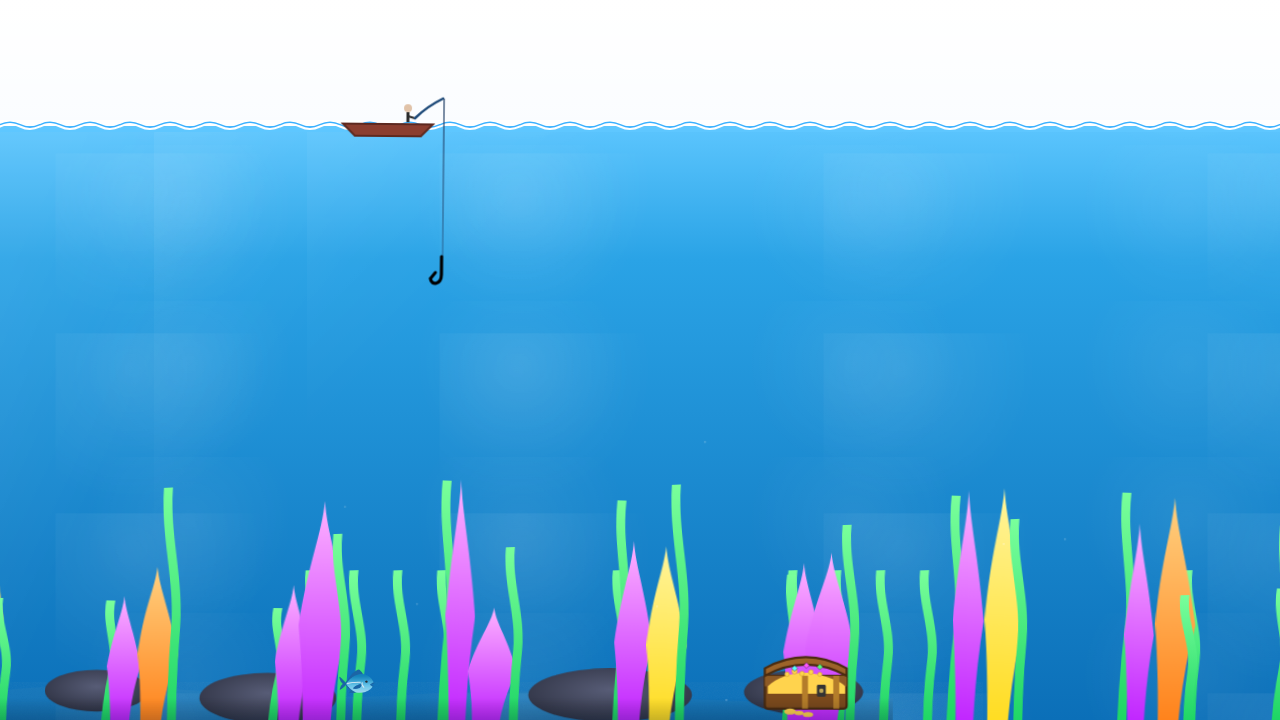
Repository: DeepFriedTurkey441/fd_game_project
Page: index.html
An editor plug-in stored every save of this project. The page is shown before and after the next save, followed by the edit.
The browser window is 1280 px wide. The pictures show the whole page.

Above is the page before, as saved 2025-09-23 12:11:35.

After the next save:
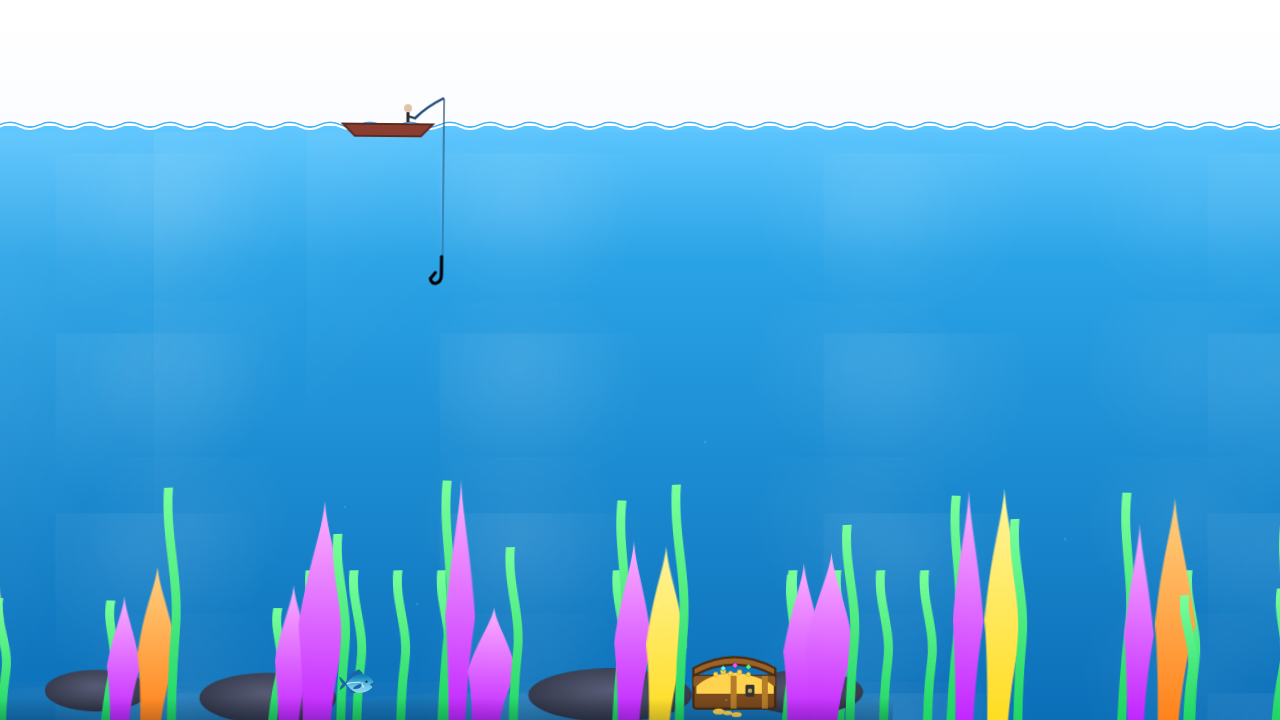
Saved 21 s later.
--- a/script.js
+++ b/script.js
@@ -214,7 +214,10 @@
     if (treasureGroup) {
       const chestWidthVU = 110; // matches chest drawing width
       const marginVU = 16 * unitsPerPx;
-      const x = Math.max(0, viewWidth - chestWidthVU - marginVU);
+      // Shift left by ~0.75 inch. Assume 96 CSS px per inch → convert to view units
+      const shiftInPx = 0.75 * 96;
+      const shiftVU = shiftInPx * unitsPerPx;
+      const x = Math.max(0, viewWidth - chestWidthVU - marginVU - shiftVU);
       treasureGroup.setAttribute('transform', `translate(${Math.round(x)}, 520)`);
     }
   }
